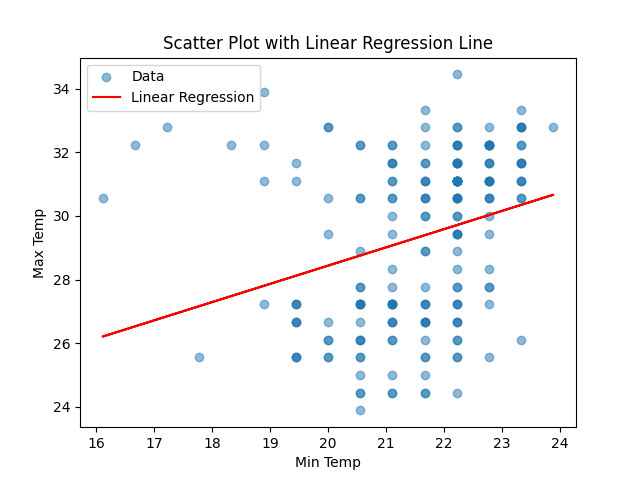
Repository: Lakshyyaa/tryingoutml
Script's output: python newlol.py
An editor plug-in stored every save of this project. The script's output is shown before and after a run of saves, followed by the edit.
Random numbers start from a fixed seed.

Above is the script's output before, as saved 2023-08-27 18:58:54.

### newlol.py
import pandas as pd
import numpy as np
import matplotlib.pyplot as plt
from sklearn.linear_model import LinearRegression
df=pd.read_csv('Weather.csv')

# Predicting the max temp using the minimum temp
# Max Temperature is the Response variable
# Min Temperature is the Predictor variable

X = df[['MinTemp']]
Y = df[['MaxTemp']]
model = LinearRegression()
model.fit(X, Y)
# Plot the data points
plt.scatter(X, Y, alpha=0.5, label='Data')
# Plot the linear regression line
plt.plot(X, model.predict(X), color='red', label='Linear Regression')
plt.title('Scatter Plot with Linear Regression Line')
plt.xlabel('Min Temp')
plt.ylabel('Max Temp')
plt.legend()
plt.show()

### Weather.csv
STA,Date,Precip,WindGustSpd,MaxTemp,MinTemp,MeanTemp,Snowfall,PoorWeather,YR,MO,DA,PRCP,DR,SPD,MAX,MIN,MEA,SNF,SND,FT,FB,FTI,ITH,PGT,TSHDSBRSGF,SD3,RHX,RHN,RVG,WTE
10001,1942-7-1,1.016,,25.55555556,22.22222222,23.88888889,0.0,,42,7,1,0.04,,,78.0,72.0,75.0,0.0,,,,,,,,,,,,
10001,1942-7-2,0,,28.88888889,21.66666667,25.55555556,0.0,,42,7,2,0,,,84.0,71.0,78.0,0.0,,,,,,,,,,,,
10001,1942-7-3,2.54,,26.11111111,22.22222222,24.44444444,0.0,,42,7,3,0.1,,,79.0,72.0,76.0,0.0,,,,,,,,,,,,
10001,1942-7-4,2.54,,26.66666667,22.22222222,24.44444444,0.0,,42,7,4,0.1,,,80.0,72.0,76.0,0.0,,,,,,,,,,,,
10001,1942-7-5,0,,26.66666667,21.66666667,24.44444444,0.0,,42,7,5,0,,,80.0,71.0,76.0,0.0,,,,,,,,,,,,
10001,1942-7-6,0,,26.66666667,21.66666667,24.44444444,0.0,,42,7,6,0,,,80.0,71.0,76.0,0.0,,,,,,,,,,,,
10001,1942-7-7,T,,28.33333333,22.77777778,25.55555556,0.0,,42,7,7,T,,,83.0,73.0,78.0,0.0,,,,,,,,,,,,
10001,1942-7-8,3.556,,26.66666667,22.22222222,24.44444444,0.0,,42,7,8,0.14,,,80.0,72.0,76.0,0.0,,,,,,,,,,,,
10001,1942-7-9,T,,27.22222222,22.77777778,25.0,0.0,,42,7,9,T,,,81.0,73.0,77.0,0.0,,,,,,,,,,,,
10001,1942-7-10,3.556,,25.55555556,21.66666667,23.33333333,0.0,,42,7,10,0.14,,,78.0,71.0,74.0,0.0,,,,,,,,,,,,
10001,1942-7-11,0,,25.55555556,21.66666667,23.33333333,0.0,,42,7,11,0,,,78.0,71.0,74.0,0.0,,,,,,,,,,,,
10001,1942-7-12,0.508,,24.44444444,22.22222222,23.33333333,0.0,,42,7,12,0.02,,,76.0,72.0,74.0,0.0,,,,,,,,,,,,
10001,1942-7-13,0,,26.11111111,21.66666667,23.88888889,0.0,,42,7,13,0,,,79.0,71.0,75.0,0.0,,,,,,,,,,,,
10001,1942-7-14,0,,26.11111111,22.22222222,24.44444444,0.0,,42,7,14,0,,,79.0,72.0,76.0,0.0,,,,,,,,,,,,
10001,1942-7-15,0,,25.55555556,22.77777778,24.44444444,0.0,,42,7,15,0,,,78.0,73.0,76.0,0.0,,,,,,,,,,,,
10001,1942-7-16,T,,26.11111111,21.11111111,23.33333333,0.0,,42,7,16,T,,,79.0,70.0,74.0,0.0,,,,,,,,,,,,
10001,1942-7-17,T,,28.33333333,22.22222222,25.55555556,0.0,,42,7,17,T,,,83.0,72.0,78.0,0.0,,,,,,,,,,,,
10001,1942-7-18,T,,26.66666667,21.11111111,23.88888889,0.0,,42,7,18,T,,,80.0,70.0,75.0,0.0,,,,,,,,,,,,
10001,1942-7-19,0,,27.77777778,21.66666667,24.44444444,0.0,,42,7,19,0,,,82.0,71.0,76.0,0.0,,,,,,,,,,,,
10001,1942-7-20,0,,26.11111111,20.0,23.33333333,0.0,,42,7,20,0,,,79.0,68.0,74.0,0.0,,,,,,,,,,,,
10001,1942-7-21,T,,24.44444444,21.66666667,23.33333333,0.0,,42,7,21,T,,,76.0,71.0,74.0,0.0,,,,,,,,,,,,
10001,1942-7-22,T,,24.44444444,21.11111111,22.77777778,0.0,,42,7,22,T,,,76.0,70.0,73.0,0.0,,,,,,,,,,,,
10001,1942-7-23,0,,26.66666667,20.55555556,23.33333333,0.0,,42,7,23,0,,,80.0,69.0,74.0,0.0,,,,,,,,,,,,
10001,1942-7-24,0,,27.22222222,18.88888889,23.33333333,0.0,,42,7,24,0,,,81.0,66.0,74.0,0.0,,,,,,,,,,,,
10001,1942-7-25,0,,27.22222222,19.44444444,23.33333333,0.0,,42,7,25,0,,,81.0,67.0,74.0,0.0,,,,,,,,,,,,
10001,1942-7-26,0,,25.55555556,19.44444444,22.22222222,0.0,,42,7,26,0,,,78.0,67.0,72.0,0.0,,,,,,,,,,,,
10001,1942-7-27,0,,25.55555556,19.44444444,22.77777778,0.0,,42,7,27,0,,,78.0,67.0,73.0,0.0,,,,,,,,,,,,
10001,1942-7-28,0,,26.66666667,19.44444444,23.33333333,0.0,,42,7,28,0,,,80.0,67.0,74.0,0.0,,,,,,,,,,,,
10001,1942-7-29,0,,26.66666667,19.44444444,23.33333333,0.0,,42,7,29,0,,,80.0,67.0,74.0,0.0,,,,,,,,,,,,
10001,1942-7-30,0,,27.22222222,19.44444444,23.33333333,0.0,,42,7,30,0,,,81.0,67.0,74.0,0.0,,,,,,,,,,,,
10001,1942-7-31,0,,27.22222222,19.44444444,23.33333333,0.0,,42,7,31,0,,,81.0,67.0,74.0,0.0,,,,,,,,,,,,
10001,1942-8-1,0,,26.11111111,20.0,23.33333333,0.0,,42,8,1,0,,,79.0,68.0,74.0,0.0,,,,,,,,,,,,
10001,1942-8-2,0,,24.44444444,20.55555556,22.22222222,0.0,,42,8,2,0,,,76.0,69.0,72.0,0.0,,,,,,,,,,,,
10001,1942-8-3,0,,24.44444444,20.55555556,22.22222222,0.0,,42,8,3,0,,,76.0,69.0,72.0,0.0,,,,,,,,,,,,
10001,1942-8-4,0,,26.66666667,21.11111111,23.88888889,0.0,,42,8,4,0,,,80.0,70.0,75.0,0.0,,,,,,,,,,,,
10001,1942-8-5,T,,26.66666667,21.11111111,23.88888889,0.0,,42,8,5,T,,,80.0,70.0,75.0,0.0,,,,,,,,,,,,
10001,1942-8-6,0,,24.44444444,21.66666667,23.33333333,0.0,,42,8,6,0,,,76.0,71.0,74.0,0.0,,,,,,,,,,,,
10001,1942-8-7,T,,24.44444444,21.11111111,22.77777778,0.0,,42,8,7,T,,,76.0,70.0,73.0,0.0,,,,,,,,,,,,
10001,1942-8-8,0,,26.11111111,20.55555556,23.33333333,0.0,,42,8,8,0,,,79.0,69.0,74.0,0.0,,,,,,,,,,,,
10001,1942-8-9,0,,26.11111111,20.55555556,23.33333333,0.0,,42,8,9,0,,,79.0,69.0,74.0,0.0,,,,,,,,,,,,
10001,1942-8-10,0,,27.22222222,21.66666667,24.44444444,0.0,,42,8,10,0,,,81.0,71.0,76.0,0.0,,,,,,,,,,,,
10001,1942-8-11,0,,25.0,21.66666667,23.33333333,0.0,,42,8,11,0,,,77.0,71.0,74.0,0.0,,,,,,,,,,,,
10001,1942-8-12,0,,25.55555556,20.55555556,23.33333333,0.0,,42,8,12,0,,,78.0,69.0,74.0,0.0,,,,,,,,,,,,
10001,1942-8-13,0,,25.55555556,20.55555556,23.33333333,0.0,,42,8,13,0,,,78.0,69.0,74.0,0.0,,,,,,,,,,,,
10001,1942-8-14,T,,25.55555556,20.0,22.77777778,0.0,,42,8,14,T,,,78.0,68.0,73.0,0.0,,,,,,,,,,,,
10001,1942-8-15,0.254,,25.55555556,17.77777778,21.66666667,0.0,,42,8,15,0.01,,,78.0,64.0,71.0,0.0,,,,,,,,,,,,
10001,1942-8-16,0,,25.55555556,19.44444444,22.22222222,0.0,,42,8,16,0,,,78.0,67.0,72.0,0.0,,,,,,,,,,,,
10001,1942-8-17,T,,25.55555556,20.0,22.77777778,0.0,,42,8,17,T,,,78.0,68.0,73.0,0.0,,,,,,,,,,,,
10001,1942-8-18,T,,26.11111111,20.55555556,23.33333333,0.0,,42,8,18,T,,,79.0,69.0,74.0,0.0,,,,,,,,,,,,
10001,1942-8-19,0,,27.77777778,20.55555556,24.44444444,0.0,,42,8,19,0,,,82.0,69.0,76.0,0.0,,,,,,,,,,,,
10001,1942-8-20,0.508,,23.88888889,20.55555556,22.22222222,0.0,,42,8,20,0.02,,,75.0,69.0,72.0,0.0,,,,,,,,,,,,
10001,1942-8-21,0.254,,32.77777778,20.0,23.33333333,0.0,,42,8,21,0.01,,,91.0,68.0,74.0,0.0,,,,,,,,,,,,
10001,1942-8-22,0,,27.22222222,20.55555556,23.33333333,0.0,,42,8,22,0,,,81.0,69.0,74.0,0.0,,,,,,,,,,,,
10001,1942-8-23,0,,25.0,20.55555556,22.77777778,0.0,,42,8,23,0,,,77.0,69.0,73.0,0.0,,,,,,,,,,,,
10001,1942-8-24,0,,27.77777778,20.55555556,24.44444444,0.0,,42,8,24,0,,,82.0,69.0,76.0,0.0,,,,,,,,,,,,
10001,1942-8-25,0,,26.66666667,20.0,23.33333333,0.0,,42,8,25,0,,,80.0,68.0,74.0,0.0,,,,,,,,,,,,
10001,1942-8-26,0,,27.22222222,20.55555556,23.88888889,0.0,,42,8,26,0,,,81.0,69.0,75.0,0.0,,,,,,,,,,,,
10001,1942-8-27,0,,27.22222222,20.55555556,23.88888889,0.0,,42,8,27,0,,,81.0,69.0,75.0,0.0,,,,,,,,,,,,
10001,1942-8-28,T,,27.22222222,20.55555556,23.88888889,0.0,,42,8,28,T,,,81.0,69.0,75.0,0.0,,,,,,,,,,,,
10001,1942-8-29,T,,25.0,21.11111111,23.33333333,0.0,,42,8,29,T,,,77.0,70.0,74.0,0.0,,,,,,,,,,,,
10001,1942-8-30,0,,27.22222222,20.55555556,23.88888889,0.0,,42,8,30,0,,,81.0,69.0,75.0,0.0,,,,,,,,,,,,
10001,1942-8-31,0,,27.22222222,21.11111111,23.88888889,0.0,,42,8,31,0,,,81.0,70.0,75.0,0.0,,,,,,,,,,,,
10001,1942-9-1,0.254,,27.22222222,21.11111111,24.44444444,0.0,,42,9,1,0.01,,,81.0,70.0,76.0,0.0,,,,,,,,,,,,
10001,1942-9-2,0.254,,27.22222222,22.22222222,25.0,0.0,,42,9,2,0.01,,,81.0,72.0,77.0,0.0,,,,,,,,,,,,
10001,1942-9-3,1.778,,27.22222222,21.11111111,24.44444444,0.0,,42,9,3,0.07,,,81.0,70.0,76.0,0.0,,,,,,,,,,,,
10001,1942-9-4,0,,27.22222222,21.11111111,24.44444444,0.0,,42,9,4,0,,,81.0,70.0,76.0,0.0,,,,,,,,,,,,
10001,1942-9-5,T,,27.22222222,22.22222222,24.44444444,0.0,,42,9,5,T,,,81.0,72.0,76.0,0.0,,,,,,,,,,,,
10001,1942-9-6,0,,26.66666667,22.22222222,24.44444444,0.0,,42,9,6,0,,,80.0,72.0,76.0,0.0,,,,,,,,,,,,
10001,1942-9-7,0.254,,26.66666667,21.66666667,24.44444444,0.0,,42,9,7,0.01,,,80.0,71.0,76.0,0.0,,,,,,,,,,,,
10001,1942-9-8,0,,27.22222222,21.11111111,24.44444444,0.0,,42,9,8,0,,,81.0,70.0,76.0,0.0,,,,,,,,,,,,
10001,1942-9-9,T,,26.66666667,21.66666667,24.44444444,0.0,,42,9,9,T,,,80.0,71.0,76.0,0.0,,,,,,,,,,,,
10001,1942-9-10,0,,28.33333333,21.11111111,24.44444444,0.0,,42,9,10,0,,,83.0,70.0,76.0,0.0,,,,,,,,,,,,
10001,1942-9-11,0,,26.11111111,21.11111111,23.33333333,0.0,,42,9,11,0,,,79.0,70.0,74.0,0.0,,,,,,,,,,,,
10001,1942-9-12,T,,27.22222222,21.66666667,24.44444444,0.0,,42,9,12,T,,,81.0,71.0,76.0,0.0,,,,,,,,,,,,
10001,1942-9-13,T,,27.22222222,21.66666667,24.44444444,0.0,,42,9,13,T,,,81.0,71.0,76.0,0.0,,,,,,,,,,,,
10001,1942-9-14,1.016,,27.77777778,22.77777778,25.55555556,0.0,,42,9,14,0.04,,,82.0,73.0,78.0,0.0,,,,,,,,,,,,
10001,1942-9-15,0,,27.77777778,22.77777778,25.55555556,0.0,,42,9,15,0,,,82.0,73.0,78.0,0.0,,,,,,,,,,,,
10001,1942-9-16,0,,30.0,21.66666667,25.55555556,0.0,,42,9,16,0,,,86.0,71.0,78.0,0.0,,,,,,,,,,,,
10001,1942-9-17,0,,27.77777778,22.22222222,25.0,0.0,,42,9,17,0,,,82.0,72.0,77.0,0.0,,,,,,,,,,,,
10001,1942-9-18,0,,31.11111111,21.11111111,26.11111111,0.0,,42,9,18,0,,,88.0,70.0,79.0,0.0,,,,,,,,,,,,
10001,1942-9-19,0,,34.44444444,22.22222222,28.33333333,0.0,,42,9,19,0,,,94.0,72.0,83.0,0.0,,,,,,,,,,,,
10001,1942-9-20,T,,30.55555556,21.66666667,26.11111111,0.0,,42,9,20,T,,,87.0,71.0,79.0,0.0,,,,,,,,,,,,
10001,1942-9-21,T,,29.44444444,22.22222222,26.11111111,0.0,,42,9,21,T,,,85.0,72.0,79.0,0.0,,,,,,,,,,,,
10001,1942-9-22,T,,30.55555556,22.22222222,26.66666667,0.0,,42,9,22,T,,,87.0,72.0,80.0,0.0,,,,,,,,,,,,
10001,1942-9-23,0.254,,26.11111111,23.33333333,25.0,0.0,,42,9,23,0.01,,,79.0,74.0,77.0,0.0,,,,,,,,,,,,
10001,1942-9-24,0,,25.55555556,22.22222222,23.88888889,0.0,,42,9,24,0,,,78.0,72.0,75.0,0.0,,,,,,,,,,,,
10001,1942-9-25,T,,30.55555556,21.66666667,26.11111111,0.0,,42,9,25,T,,,87.0,71.0,79.0,0.0,,,,,,,,,,,,
10001,1942-9-26,0,,31.66666667,22.22222222,27.22222222,0.0,,42,9,26,0,,,89.0,72.0,81.0,0.0,,,,,,,,,,,,
10001,1942-9-27,T,,31.66666667,21.11111111,26.66666667,0.0,,42,9,27,T,,,89.0,70.0,80.0,0.0,,,,,,,,,,,,
10001,1942-9-28,3.302,,32.22222222,20.55555556,26.11111111,0.0,,42,9,28,0.13,,,90.0,69.0,79.0,0.0,,,,,,,,,,,,
10001,1942-9-29,0.762,,27.77777778,22.22222222,25.0,0.0,,42,9,29,0.03,,,82.0,72.0,77.0,0.0,,,,,,,,,,,,
10001,1942-9-30,0,,29.44444444,22.22222222,26.11111111,0.0,,42,9,30,0,,,85.0,72.0,79.0,0.0,,,,,,,,,,,,
10001,1942-10-1,T,,31.11111111,23.33333333,27.22222222,0.0,,42,10,1,T,,,88.0,74.0,81.0,0.0,,,,,,,,,,,,
10001,1942-10-2,0,,31.11111111,22.77777778,27.22222222,0.0,,42,10,2,0,,,88.0,73.0,81.0,0.0,,,,,,,,,,,,
10001,1942-10-3,0,,31.11111111,22.22222222,26.66666667,0.0,,42,10,3,0,,,88.0,72.0,80.0,0.0,,,,,,,,,,,,
10001,1942-10-4,5.588,,27.22222222,21.11111111,23.88888889,0.0,,42,10,4,0.22,,,81.0,70.0,75.0,0.0,,,,,,,,,,,,
10001,1942-10-5,0,,31.11111111,22.22222222,26.66666667,0.0,,42,10,5,0,,,88.0,72.0,80.0,0.0,,,,,,,,,,,,
10001,1942-10-6,0.254,,29.44444444,22.22222222,25.55555556,0.0,,42,10,6,0.01,,,85.0,72.0,78.0,0.0,,,,,,,,,,,,
10001,1942-10-7,5.08,,29.44444444,22.77777778,26.11111111,0.0,,42,10,7,0.2,,,85.0,73.0,79.0,0.0,,,,,,,,,,,,
10001,1942-10-8,2.032,,28.88888889,20.55555556,25.0,0.0,,42,10,8,0.08,,,84.0,69.0,77.0,0.0,,,,,,,,,,,,
10001,1942-10-9,0,,31.11111111,22.22222222,26.66666667,0.0,,42,10,9,0,,,88.0,72.0,80.0,0.0,,,,,,,,,,,,
10001,1942-10-10,T,,30.55555556,22.22222222,26.66666667,0.0,,42,10,10,T,,,87.0,72.0,80.0,0.0,,,,,,,,,,,,
10001,1942-10-11,T,,27.77777778,21.11111111,24.44444444,0.0,,42,10,11,T,,,82.0,70.0,76.0,0.0,,,,,,,,,,,,
10001,1942-10-12,0,,30.55555556,21.11111111,25.55555556,0.0,,42,10,12,0,,,87.0,70.0,78.0,0.0,,,,,,,,,,,,
10001,1942-10-13,T,,30.0,22.77777778,26.11111111,0.0,,42,10,13,T,,,86.0,73.0,79.0,0.0,,,,,,,,,,,,
10001,1942-10-14,25.654,,27.22222222,22.22222222,24.44444444,0.0,,42,10,14,1.01,,,81.0,72.0,76.0,0.0,,,,,,,,,,,,
10001,1942-10-15,T,,30.55555556,21.11111111,25.55555556,0.0,,42,10,15,T,,,87.0,70.0,78.0,0.0,,,,,,,,,,,,
10001,1942-10-16,T,,30.55555556,22.22222222,26.11111111,0.0,,42,10,16,T,,,87.0,72.0,79.0,0.0,,,,,,,,,,,,
10001,1942-10-17,40.132,,28.88888889,21.66666667,25.55555556,0.0,,42,10,17,1.58,,,84.0,71.0,78.0,0.0,,,,,,,,,,,,
10001,1942-10-18,T,,30.0,22.22222222,26.11111111,0.0,,42,10,18,T,,,86.0,72.0,79.0,0.0,,,,,,,,,,,,
10001,1942-10-19,0.762,,30.0,21.66666667,26.11111111,0.0,,42,10,19,0.03,,,86.0,71.0,79.0,0.0,,,,,,,,,,,,
10001,1942-10-20,T,,29.44444444,22.22222222,26.11111111,0.0,,42,10,20,T,,,85.0,72.0,79.0,0.0,,,,,,,,,,,,
10001,1942-10-21,2.032,,28.88888889,22.22222222,25.55555556,0.0,,42,10,21,0.08,,,84.0,72.0,78.0,0.0,,,,,,,,,,,,
10001,1942-10-22,0,,30.0,22.22222222,25.55555556,0.0,,42,10,22,0,,,86.0,72.0,78.0,0.0,,,,,,,,,,,,
10001,1942-10-23,0,,30.55555556,22.77777778,26.66666667,0.0,,42,10,23,0,,,87.0,73.0,80.0,0.0,,,,,,,,,,,,
10001,1942-10-24,T,,30.55555556,22.22222222,26.11111111,0.0,,42,10,24,T,,,87.0,72.0,79.0,0.0,,,,,,,,,,,,
10001,1942-10-25,0,,31.11111111,22.22222222,26.66666667,0.0,,42,10,25,0,,,88.0,72.0,80.0,0.0,,,,,,,,,,,,
10001,1942-10-26,0,,31.11111111,22.22222222,26.66666667,0.0,,42,10,26,0,,,88.0,72.0,80.0,0.0,,,,,,,,,,,,
10001,1942-10-27,0,,31.66666667,22.77777778,27.22222222,0.0,,42,10,27,0,,,89.0,73.0,81.0,0.0,,,,,,,,,,,,
10001,1942-10-28,0,,31.11111111,22.22222222,26.66666667,0.0,,42,10,28,0,,,88.0,72.0,80.0,0.0,,,,,,,,,,,,
10001,1942-10-29,0,,32.22222222,21.11111111,26.66666667,0.0,,42,10,29,0,,,90.0,70.0,80.0,0.0,,,,,,,,,,,,
10001,1942-10-30,0.508,,31.66666667,21.66666667,26.66666667,0.0,,42,10,30,0.02,,,89.0,71.0,80.0,0.0,,,,,,,,,,,,
10001,1942-10-31,T,,30.55555556,20.55555556,25.55555556,0.0,1.0,42,10,31,T,,,87.0,69.0,78.0,0.0,,,,,,,1.0,,,,,
10001,1942-11-1,0,,31.11111111,23.33333333,27.22222222,0.0,,42,11,1,0,,,88.0,74.0,81.0,0.0,,,,,,,,,,,,
10001,1942-11-2,0,,31.66666667,22.22222222,26.66666667,0.0,,42,11,2,0,,,89.0,72.0,80.0,0.0,,,,,,,,,,,,
10001,1942-11-3,0,,31.11111111,22.22222222,26.66666667,0.0,,42,11,3,0,,,88.0,72.0,80.0,0.0,,,,,,,,,,,,
10001,1942-11-4,T,,30.55555556,22.77777778,26.66666667,0.0,,42,11,4,T,,,87.0,73.0,80.0,0.0,,,,,,,,,,,,
10001,1942-11-5,0,,31.66666667,22.22222222,26.66666667,0.0,,42,11,5,0,,,89.0,72.0,80.0,0.0,,,,,,,,,,,,
10001,1942-11-6,0,,32.77777778,22.22222222,27.77777778,0.0,,42,11,6,0,,,91.0,72.0,82.0,0.0,,,,,,,,,,,,
10001,1942-11-7,0,,31.66666667,23.33333333,27.77777778,0.0,,42,11,7,0,,,89.0,74.0,82.0,0.0,,,,,,,,,,,,
10001,1942-11-8,0,,31.11111111,22.77777778,26.66666667,0.0,,42,11,8,0,,,88.0,73.0,80.0,0.0,,,,,,,,,,,,
10001,1942-11-9,0,,31.66666667,22.77777778,27.22222222,0.0,,42,11,9,0,,,89.0,73.0,81.0,0.0,,,,,,,,,,,,
10001,1942-11-10,0,,32.77777778,22.77777778,27.77777778,0.0,,42,11,10,0,,,91.0,73.0,82.0,0.0,,,,,,,,,,,,
10001,1942-11-11,0,,32.22222222,23.33333333,27.77777778,0.0,,42,11,11,0,,,90.0,74.0,82.0,0.0,,,,,,,,,,,,
10001,1942-11-12,0,,32.22222222,22.77777778,27.77777778,0.0,,42,11,12,0,,,90.0,73.0,82.0,0.0,,,,,,,,,,,,
10001,1942-11-13,0,,32.22222222,22.77777778,27.77777778,0.0,,42,11,13,0,,,90.0,73.0,82.0,0.0,,,,,,,,,,,,
10001,1942-11-14,0,,32.22222222,22.77777778,27.77777778,0.0,,42,11,14,0,,,90.0,73.0,82.0,0.0,,,,,,,,,,,,
10001,1942-11-15,0,,32.22222222,22.77777778,27.77777778,0.0,,42,11,15,0,,,90.0,73.0,82.0,0.0,,,,,,,,,,,,
10001,1942-11-16,T,,32.22222222,22.77777778,27.77777778,0.0,,42,11,16,T,,,90.0,73.0,82.0,0.0,,,,,,,,,,,,
10001,1942-11-17,0,,32.77777778,23.33333333,27.77777778,0.0,,42,11,17,0,,,91.0,74.0,82.0,0.0,,,,,,,,,,,,
10001,1942-11-18,0,,31.66666667,23.33333333,27.77777778,0.0,,42,11,18,0,,,89.0,74.0,82.0,0.0,,,,,,,,,,,,
10001,1942-11-19,0,,31.66666667,22.77777778,27.22222222,0.0,,42,11,19,0,,,89.0,73.0,81.0,0.0,,,,,,,,,,,,
10001,1942-11-20,0,,31.66666667,23.33333333,27.77777778,0.0,,42,11,20,0,,,89.0,74.0,82.0,0.0,,,,,,,,,,,,
10001,1942-11-21,T,,32.22222222,22.77777778,27.77777778,0.0,,42,11,21,T,,,90.0,73.0,82.0,0.0,,,,,,,,,,,,
10001,1942-11-22,0,,31.66666667,21.11111111,26.66666667,0.0,,42,11,22,0,,,89.0,70.0,80.0,0.0,,,,,,,,,,,,
10001,1942-11-23,0,,32.77777778,23.33333333,27.77777778,0.0,,42,11,23,0,,,91.0,74.0,82.0,0.0,,,,,,,,,,,,
10001,1942-11-24,0,,32.22222222,23.33333333,27.77777778,0.0,,42,11,24,0,,,90.0,74.0,82.0,0.0,,,,,,,,,,,,
10001,1942-11-25,0,,33.33333333,23.33333333,28.33333333,0.0,,42,11,25,0,,,92.0,74.0,83.0,0.0,,,,,,,,,,,,
10001,1942-11-26,0,,32.22222222,22.22222222,27.22222222,0.0,,42,11,26,0,,,90.0,72.0,81.0,0.0,,,,,,,,,,,,
10001,1942-11-27,19.05,,32.77777778,21.66666667,27.22222222,0.0,,42,11,27,0.75,,,91.0,71.0,81.0,0.0,,,,,,,,,,,,
10001,1942-11-28,0,,31.11111111,21.66666667,26.66666667,0.0,,42,11,28,0,,,88.0,71.0,80.0,0.0,,,,,,,,,,,,
10001,1942-11-29,0,,32.22222222,22.77777778,27.77777778,0.0,,42,11,29,0,,,90.0,73.0,82.0,0.0,,,,,,,,,,,,
10001,1942-11-30,T,,32.77777778,23.33333333,27.77777778,0.0,,42,11,30,T,,,91.0,74.0,82.0,0.0,,,,,,,,,,,,
10001,1942-12-1,0,,32.22222222,22.22222222,27.22222222,0.0,,42,12,1,0,,,90.0,72.0,81.0,0.0,,,,,,,,,,,,
10001,1942-12-2,0,,32.77777778,23.33333333,27.77777778,0.0,,42,12,2,0,,,91.0,74.0,82.0,0.0,,,,,,,,,,,,
10001,1942-12-3,23.876,,31.66666667,19.44444444,25.55555556,0.0,,42,12,3,0.94,,,89.0,67.0,78.0,0.0,,,,,,,,,,,,
10001,1942-12-4,0,,31.11111111,22.22222222,26.66666667,0.0,,42,12,4,0,,,88.0,72.0,80.0,0.0,,,,,,,,,,,,
10001,1942-12-5,0,,31.66666667,22.22222222,26.66666667,0.0,,42,12,5,0,,,89.0,72.0,80.0,0.0,,,,,,,,,,,,
10001,1942-12-6,0,,31.66666667,22.22222222,26.66666667,0.0,,42,12,6,0,,,89.0,72.0,80.0,0.0,,,,,,,,,,,,
10001,1942-12-7,0,,31.11111111,21.66666667,26.66666667,0.0,,42,12,7,0,,,88.0,71.0,80.0,0.0,,,,,,,,,,,,
10001,1942-12-8,0,,32.22222222,22.22222222,27.22222222,0.0,,42,12,8,0,,,90.0,72.0,81.0,0.0,,,,,,,,,,,,
10001,1942-12-9,0,,32.77777778,23.88888889,28.33333333,0.0,,42,12,9,0,,,91.0,75.0,83.0,0.0,,,,,,,,,,,,
10001,1942-12-10,4.064,,32.77777778,20.0,26.66666667,0.0,,42,12,10,0.16,,,91.0,68.0,80.0,0.0,,,,,,,,,,,,
10001,1942-12-11,0,,29.44444444,20.0,24.44444444,0.0,,42,12,11,0,,,85.0,68.0,76.0,0.0,,,,,,,,,,,,
10001,1942-12-12,0,,26.66666667,19.44444444,23.33333333,0.0,,42,12,12,0,,,80.0,67.0,74.0,0.0,,,,,,,,,,,,
10001,1942-12-13,0,,30.55555556,20.55555556,25.55555556,0.0,,42,12,13,0,,,87.0,69.0,78.0,0.0,,,,,,,,,,,,
10001,1942-12-14,0,,31.11111111,22.77777778,26.66666667,0.0,,42,12,14,0,,,88.0,73.0,80.0,0.0,,,,,,,,,,,,
10001,1942-12-15,2.54,,31.11111111,22.22222222,26.66666667,0.0,,42,12,15,0.1,,,88.0,72.0,80.0,0.0,,,,,,,,,,,,
10001,1942-12-16,0,,30.55555556,22.22222222,26.66666667,0.0,,42,12,16,0,,,87.0,72.0,80.0,0.0,,,,,,,,,,,,
10001,1942-12-17,0,,31.11111111,22.77777778,26.66666667,0.0,,42,12,17,0,,,88.0,73.0,80.0,0.0,,,,,,,,,,,,
10001,1942-12-18,0,,30.55555556,22.77777778,26.66666667,0.0,,42,12,18,0,,,87.0,73.0,80.0,0.0,,,,,,,,,,,,
10001,1942-12-19,0,,31.11111111,21.66666667,26.66666667,0.0,,42,12,19,0,,,88.0,71.0,80.0,0.0,,,,,,,,,,,,
10001,1942-12-20,0,,31.11111111,22.77777778,26.66666667,0.0,,42,12,20,0,,,88.0,73.0,80.0,0.0,,,,,,,,,,,,
10001,1942-12-21,0.508,,33.88888889,18.88888889,26.66666667,0.0,,42,12,21,0.02,,,93.0,66.0,80.0,0.0,,,,,,,,,,,,
10001,1942-12-22,0,,31.11111111,18.88888889,25.0,0.0,,42,12,22,0,,,88.0,66.0,77.0,0.0,,,,,,,,,,,,
10001,1942-12-23,0,,32.22222222,21.66666667,26.66666667,0.0,,42,12,23,0,,,90.0,71.0,80.0,0.0,,,,,,,,,,,,
10001,1942-12-24,0,,32.22222222,22.22222222,27.22222222,0.0,,42,12,24,0,,,90.0,72.0,81.0,0.0,,,,,,,,,,,,
10001,1942-12-25,0,,32.22222222,18.88888889,25.55555556,0.0,,42,12,25,0,,,90.0,66.0,78.0,0.0,,,,,,,,,,,,
10001,1942-12-26,0,,32.22222222,21.11111111,26.66666667,0.0,,42,12,26,0,,,90.0,70.0,80.0,0.0,,,,,,,,,,,,
10001,1942-12-27,0,,32.77777778,17.22222222,25.0,0.0,,42,12,27,0,,,91.0,63.0,77.0,0.0,,,,,,,,,,,,
10001,1942-12-28,0,,30.55555556,16.11111111,23.33333333,0.0,,42,12,28,0,,,87.0,61.0,74.0,0.0,,,,,,,,,,,,
10001,1942-12-29,0,,32.22222222,16.66666667,24.44444444,0.0,,42,12,29,0,,,90.0,62.0,76.0,0.0,,,,,,,,,,,,
10001,1942-12-30,0,,32.22222222,18.33333333,25.55555556,0.0,,42,12,30,0,,,90.0,65.0,78.0,0.0,,,,,,,,,,,,
10001,1942-12-31,0,,31.11111111,22.22222222,26.66666667,0.0,,42,12,31,0,,,88.0,72.0,80.0,0.0,,,,,,,,,,,,
10001,1943-1-1,0,,31.11111111,21.11111111,26.11111111,0.0,,43,1,1,0,,,88.0,70.0,79.0,0.0,,,,,,,,,,,,
10001,1943-1-2,12.192,,30.55555556,23.33333333,26.66666667,0.0,,43,1,2,0.48,,,87.0,74.0,80.0,0.0,,,,,,,,,,,,
10001,1943-1-3,0,,29.44444444,21.11111111,25.55555556,0.0,,43,1,3,0,,,85.0,70.0,78.0,0.0,,,,,,,,,,,,
10001,1943-1-4,0,,30.0,21.11111111,25.55555556,0.0,,43,1,4,0,,,86.0,70.0,78.0,0.0,,,,,,,,,,,,
10001,1943-1-5,0,,30.55555556,20.0,25.55555556,0.0,,43,1,5,0,,,87.0,68.0,78.0,0.0,,,,,,,,,,,,
10001,1943-1-6,0,,31.66666667,21.11111111,26.66666667,0.0,,43,1,6,0,,,89.0,70.0,80.0,0.0,,,,,,,,,,,,
10001,1943-1-7,0,,32.22222222,20.55555556,26.66666667,0.0,,43,1,7,0,,,90.0,69.0,80.0,0.0,,,,,,,,,,,,
10001,1943-1-8,0,,31.66666667,22.22222222,26.66666667,0.0,,43,1,8,0,,,89.0,72.0,80.0,0.0,,,,,,,,,,,,
10001,1943-1-9,0,,30.55555556,23.33333333,26.66666667,0.0,,43,1,9,0,,,87.0,74.0,80.0,0.0,,,,,,,,,,,,
10001,1943-1-10,0,,33.33333333,21.66666667,27.77777778,0.0,,43,1,10,0,,,92.0,71.0,82.0,0.0,,,,,,,,,,,,
10001,1943-1-11,0,,30.55555556,21.66666667,26.11111111,0.0,,43,1,11,0,,,87.0,71.0,79.0,0.0,,,,,,,,,,,,
10001,1943-1-12,0,,31.11111111,19.44444444,25.55555556,0.0,,43,1,12,0,,,88.0,67.0,78.0,0.0,,,,,,,,,,,,
10001,1943-1-13,0,,31.66666667,21.66666667,26.66666667,0.0,,43,1,13,0,,,89.0,71.0,80.0,0.0,,,,,,,,,,,,
10001,1943-1-14,0,,32.77777778,22.22222222,27.77777778,0.0,,43,1,14,0,,,91.0,72.0,82.0,0.0,,,,,,,,,,,,
10001,1943-1-15,0,,31.11111111,23.33333333,27.22222222,0.0,,43,1,15,0,,,88.0,74.0,81.0,0.0,,,,,,,,,,,,
10001,1943-1-16,0,,31.66666667,23.33333333,27.77777778,0.0,,43,1,16,0,,,89.0,74.0,82.0,0.0,,,,,,,,,,,,
10001,1943-1-17,0,,31.11111111,22.22222222,26.66666667,0.0,,43,1,17,0,,,88.0,72.0,80.0,0.0,,,,,,,,,,,,

After the next 2 saves:
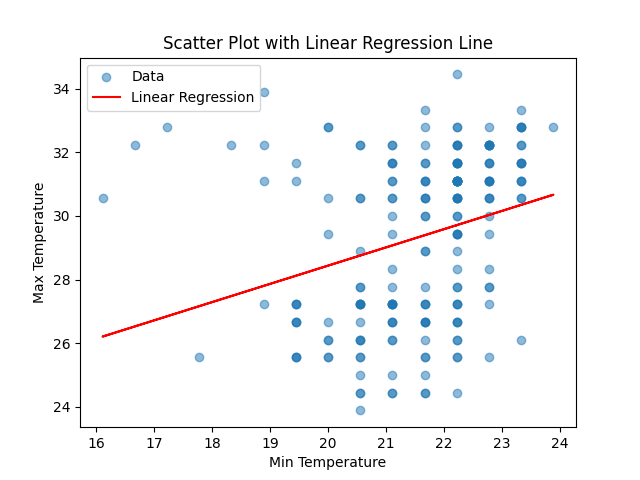
The 2 saves are shown as one change because they came seconds apart.
The last was saved 7 s later.
--- a/newlol.py
+++ b/newlol.py
@@ -17,7 +17,7 @@ plt.scatter(X, Y, alpha=0.5, label='Data')
 # Plot the linear regression line
 plt.plot(X, model.predict(X), color='red', label='Linear Regression')
 plt.title('Scatter Plot with Linear Regression Line')
-plt.xlabel('Min Temp')
-plt.ylabel('Max Temp')
+plt.xlabel('Min Temperature')
+plt.ylabel('Max Temperature')
 plt.legend()
 plt.show()
